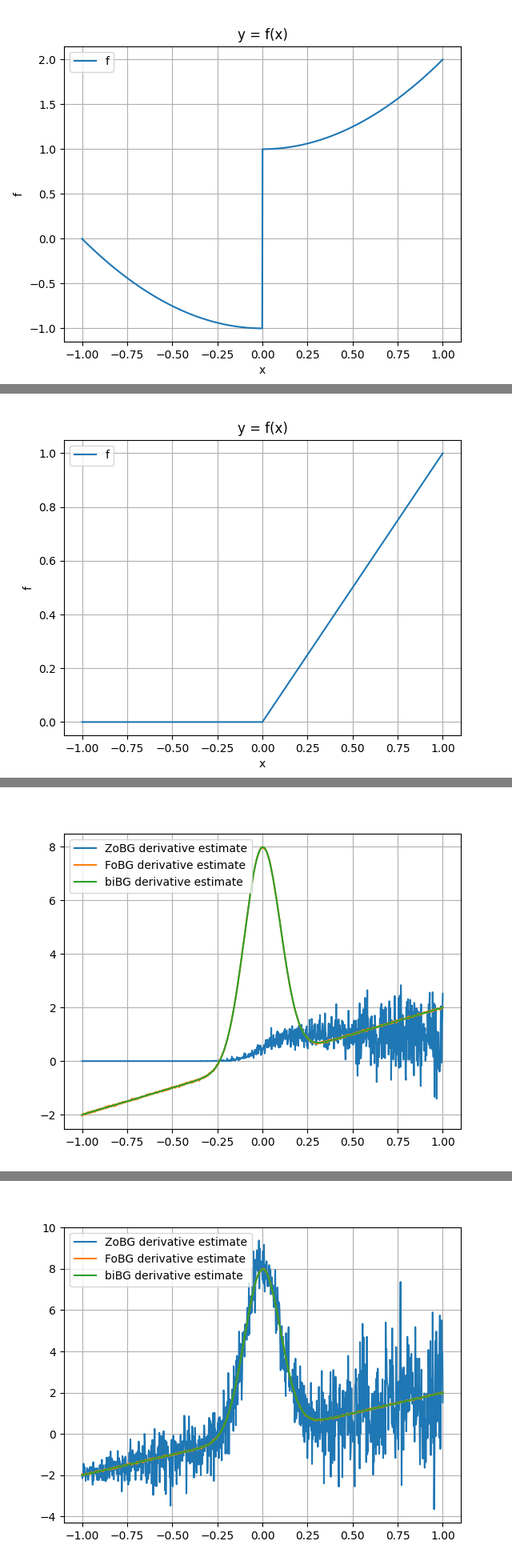
Repository: oomcth/Gradient-smoothing
Script's output: python test.py
The author's editor kept a copy of each file at every save. The script's output is drawn from the files as they stood at one save, then again after a run of saves.
The pictures are shown at 80% of full size.
Each picture stacks the figures in order, with grey between them; figures that are only written to a file come last. Random numbers start from a fixed seed.

Above is the script's output before, as saved 2025-11-23 12:31:35.

### test.py
import numpy as np
import matplotlib.pyplot as plt

rng = np.random.default_rng()
sigma = 0.1
t = 0.1


def coulomb_friction(x):
    return x**2 + (-1 if x < 0 else 1)


def smoothed_coulomb_friction(x, t):
    assert t > 0
    return x**2 + (-1 if x < -t / 2 else 1 if x > t / 2 else 2 * x / t)


def ReLU(x):
    return np.maximum(x, 0)


def visualize(f):
    xs = np.linspace(-1, 1, 1000)
    y = np.array([f(x) for x in xs])

    plt.plot(xs, y, label="f")

    plt.legend()
    plt.xlabel("x")
    plt.ylabel("f")
    plt.title("y = f(x)")
    plt.grid(True)
    plt.show()


def gaussian_pdf(x, mu=0.0, sigma=1.0):
    return 1.0 / (np.sqrt(2 * np.pi) * sigma) * np.exp(-0.5 * ((x - mu) / sigma) ** 2)


def zo_gradient(f, x, M=100):
    x = np.array([x], dtype=np.float64)
    omegas = np.random.normal(loc=0, scale=sigma, size=M)
    xs = x + omegas
    fx = np.array([f(xi) for xi in xs])
    glp = -omegas / (sigma**2)
    return -(fx * glp).sum(axis=0) / M


def fo_gradient(f, x, M=100):
    x = np.array([x], dtype=np.float64)
    omegas = np.random.normal(loc=0, scale=sigma, size=M)
    xs = x + omegas
    grads = 2 * xs
    return grads.mean() + 2 * gaussian_pdf(-x, mu=0, sigma=sigma)


def bi_gradient(f, x, M=100):
    x = np.array([x], dtype=np.float64)
    grads = 2 * x
    return grads.mean() + 2 * gaussian_pdf(-x, mu=0, sigma=sigma)


def visualize_derivatives(f):
    x = np.linspace(-1, 1, 1000)

    y1 = np.array([zo_gradient(f, l, M=100) for l in x])
    y2 = np.array([fo_gradient(f, l, M=100) for l in x])
    y3 = np.array([bi_gradient(f, l, M=100) for l in x])

    plt.plot(x, y1, label="ZoBG derivative estimate")
    plt.plot(x, y2, label="FoBG derivative estimate")
    plt.plot(x, y3, label="biBG derivative estimate")
    plt.legend()
    plt.grid(True)
    plt.show()


visualize(coulomb_friction)
visualize(ReLU)
visualize_derivatives(ReLU)
visualize_derivatives(coulomb_friction)

After the next 2 saves:
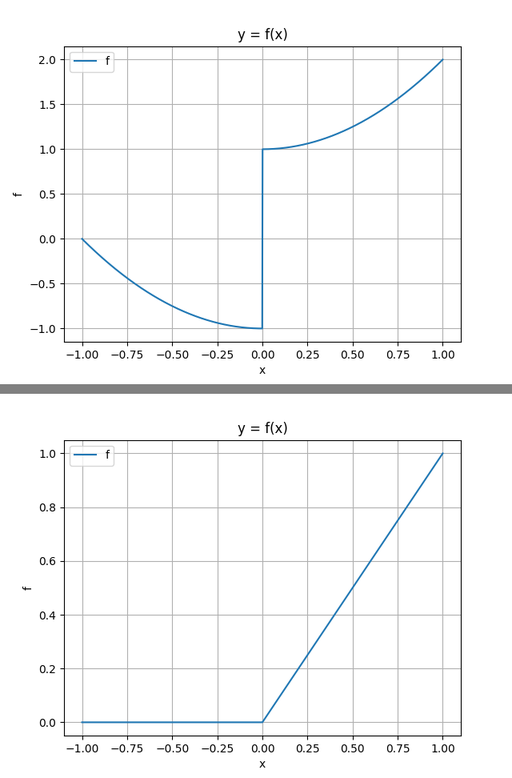
Error: UnboundLocalError: cannot access local variable 'grads' where it is not associated with a value
The 2 saves are shown as one change because they came seconds apart.
The last was saved 76 s later.
--- a/test.py
+++ b/test.py
@@ -50,7 +50,8 @@
     x = np.array([x], dtype=np.float64)
     omegas = np.random.normal(loc=0, scale=sigma, size=M)
     xs = x + omegas
-    grads = 2 * xs
+    if f == coulomb_friction:
+        grads = 2 * xs
     return grads.mean() + 2 * gaussian_pdf(-x, mu=0, sigma=sigma)
 
 

After the 2 saves that followed:
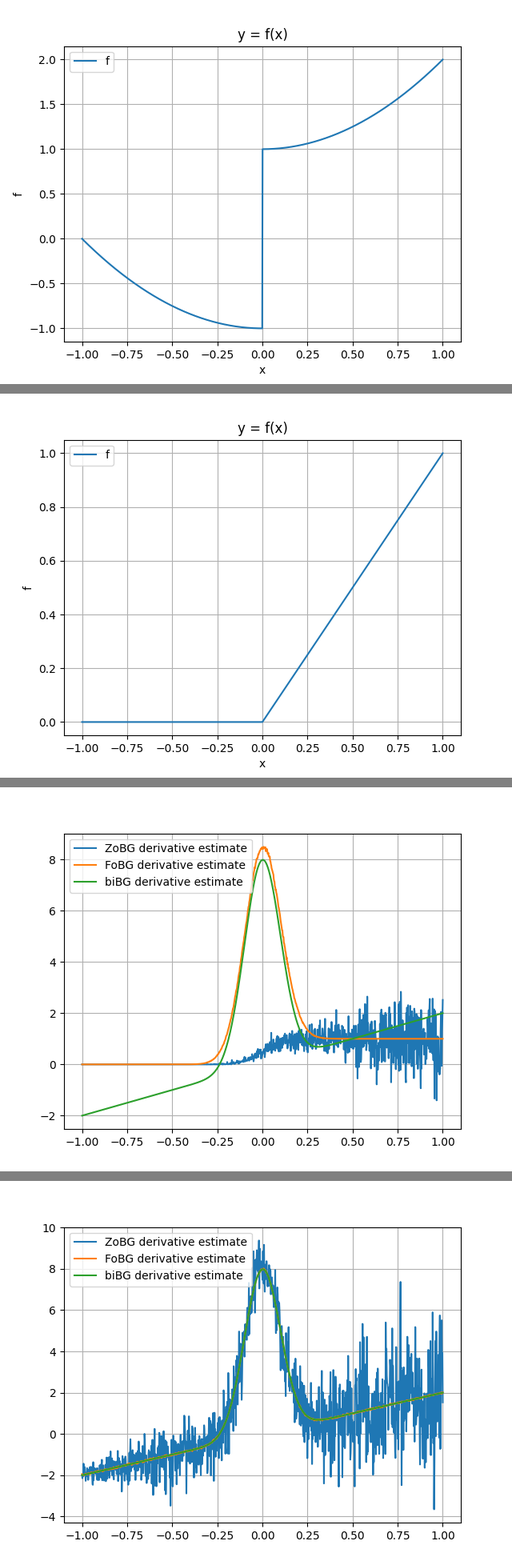
The error is gone.
The 2 saves are shown as one change because 1 did not build or start.
The last was saved 20 s later.
--- a/test.py
+++ b/test.py
@@ -52,6 +52,8 @@
     xs = x + omegas
     if f == coulomb_friction:
         grads = 2 * xs
+    elif f == ReLU:
+        grads = xs >= 0
     return grads.mean() + 2 * gaussian_pdf(-x, mu=0, sigma=sigma)
 
 
